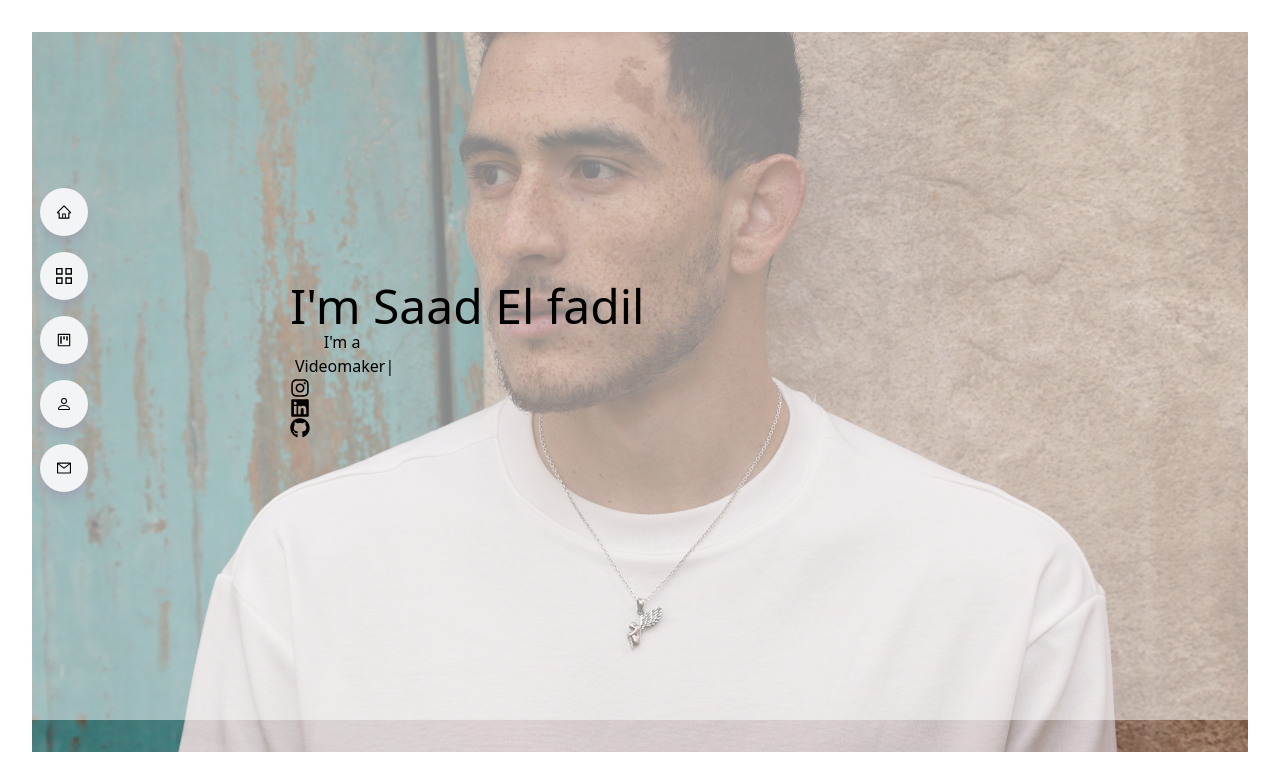
Repository: Saadelfadil/saadelfadil.github.io
Page: /
These files come from the project's save history. The page is drawn as it stood at one moment and after a run of saves; the edit follows.
The browser window is 1280 px wide. The pictures show the whole page.
The project was rebuilt for these pictures with package versions that can differ from the ones it lists, and the page was loaded fresh each time. Also part of the build but not shown: vite.config.js.

Above is the page before, as saved 2023-02-26 16:59:40.

### src/App.jsx
import './App.css'
import Sidenave from './components/Sidenave'
import Main from './components/Main'

function App() {

  return (
    <div>
      <Sidenave />
      <Main />
    </div>
  )
}

export default App

### src/components/Sidenave.jsx
import React, { useState } from "react";
import { AiOutlineHome, AiOutlineMail, AiOutlineMenu, AiOutlineProject } from "react-icons/ai"
import { GrProjects } from "react-icons/gr"
import { BsPerson } from "react-icons/bs"

const Sidenave = () => {
    const [nav, setNav] = useState(false)

    const handleNav = () => {
        setNav((prev) => prev = !nav);
    };

  return (
    <div>
        <AiOutlineMenu onClick={handleNav} className="absolute top-4 right-4 z-[100] md:hidden"/>
        {
            nav ? (
                <div className="fixed w-full h-screen bg-white/90 flex flex-col justify-center items-center z-20">
                    <a href="#main" className="w-[75%] flex justify-center rounded-full shadow-lg bg-gray-100 shadow-gray-400 m-2 p-4 cursor-pointer hover:scale-110 ease-in duration-200">
                        <AiOutlineHome size={20}/>
                        <span className="pl-4">Home</span>
                    </a>
                    <a href="#work" className="w-[75%] flex justify-center rounded-full shadow-lg bg-gray-100 shadow-gray-400 m-2 p-4 cursor-pointer hover:scale-110 ease-in duration-200">
                        <GrProjects size={20}/>
                        <span className="pl-4">Work</span>
                    </a>
                    <a href="#projects" className="w-[75%] flex justify-center rounded-full shadow-lg bg-gray-100 shadow-gray-400 m-2 p-4 cursor-pointer hover:scale-110 ease-in duration-200">
                        <AiOutlineProject size={20}/>
                        <span className="pl-4">Projects</span>
                    </a>
                    <a href="#main" className="w-[75%] flex justify-center rounded-full shadow-lg bg-gray-100 shadow-gray-400 m-2 p-4 cursor-pointer hover:scale-110 ease-in duration-200">
                        <BsPerson size={20}/>
                        <span className="pl-4">Resume</span>
                    </a>
                    <a href="#contact" className="w-[75%] flex justify-center rounded-full shadow-lg bg-gray-100 shadow-gray-400 m-2 p-4 cursor-pointer hover:scale-110 ease-in duration-200">
                        <AiOutlineMail size={20}/>
                        <span className="pl-4">Contact</span>
                    </a>
                </div>
            ) : ""
        }

        <div className="md:block hidden fixed top-[25%] z-10">
            <div className="flex flex-col">
                <a href="#main" className="rounded-full shadow-lg bg-gray-100 shadow-gray-400 m-2 p-4 cursor-pointer hover:scale-110 ease-in duration-300 ">
                    <AiOutlineHome />
                </a>
                <a href="#work" className="rounded-full shadow-lg bg-gray-100 shadow-gray-400 m-2 p-4 cursor-pointer hover:scale-110 ease-in duration-300 ">
                    <GrProjects />
                </a>
                <a href="#projects" className="rounded-full shadow-lg bg-gray-100 shadow-gray-400 m-2 p-4 cursor-pointer hover:scale-110 ease-in duration-300 ">
                    <AiOutlineProject />
                </a>
                <a href="#main" className="rounded-full shadow-lg bg-gray-100 shadow-gray-400 m-2 p-4 cursor-pointer hover:scale-110 ease-in duration-300 ">
                    <BsPerson />
                </a>
                <a href="#contact" className="rounded-full shadow-lg bg-gray-100 shadow-gray-400 m-2 p-4 cursor-pointer hover:scale-110 ease-in duration-300 ">
                    <AiOutlineMail />
                </a>
            </div>
        </div>
    </div>
  )
};

export default Sidenave;

### src/components/Main.jsx
import React from "react";
import { TypeAnimation } from "react-type-animation"
import { FaGithub, FaInstagram, FaLinkedin } from "react-icons/fa"

const Main = () => {
  return (
    <div id="main">
        <img className="w-full h-screen object-cover object-right " src="/src/assets/saadelfadil.jpg" alt="saadelfadil" />
        <div className="w-full h-screen absolute top-0 left-0 bg-white/50 ">
            <div className="max-w-[700px] m-auto h-full w-full flex flex-col justify-center lg:items-start items-center ">
                <h1 className="sm:text-5xl text-4xl">I'm Saad El fadil</h1>
                <h2>I'm a
                    <TypeAnimation
                        sequence={[
                            'Software Engineer', // Types 'One'
                            1000, // Waits 1s
                            'Videomaker', // Deletes 'One' and types 'Two'
                            2000, // Waits 2s
                        ]}
                        wrapper="div"
                        cursor={true}
                        repeat={Infinity}
                        style={{ fontSize: '1em', paddingLeft: "5px" }}
                    />
                </h2>
                <div>
                        <FaInstagram size={20} className="cursor-pointer"/>
                        <FaLinkedin size={20} className="cursor-pointer"/>
                        <FaGithub size={20} className="cursor-pointer"/>
                </div>
            </div>
        </div>
    </div>
  )
};

export default Main;

Loaded but not shown: index.html (common file); src/main.jsx (common file); src/index.css (common file); src/App.css (common file); tailwind.config.cjs (common file)

After the next 2 saves:
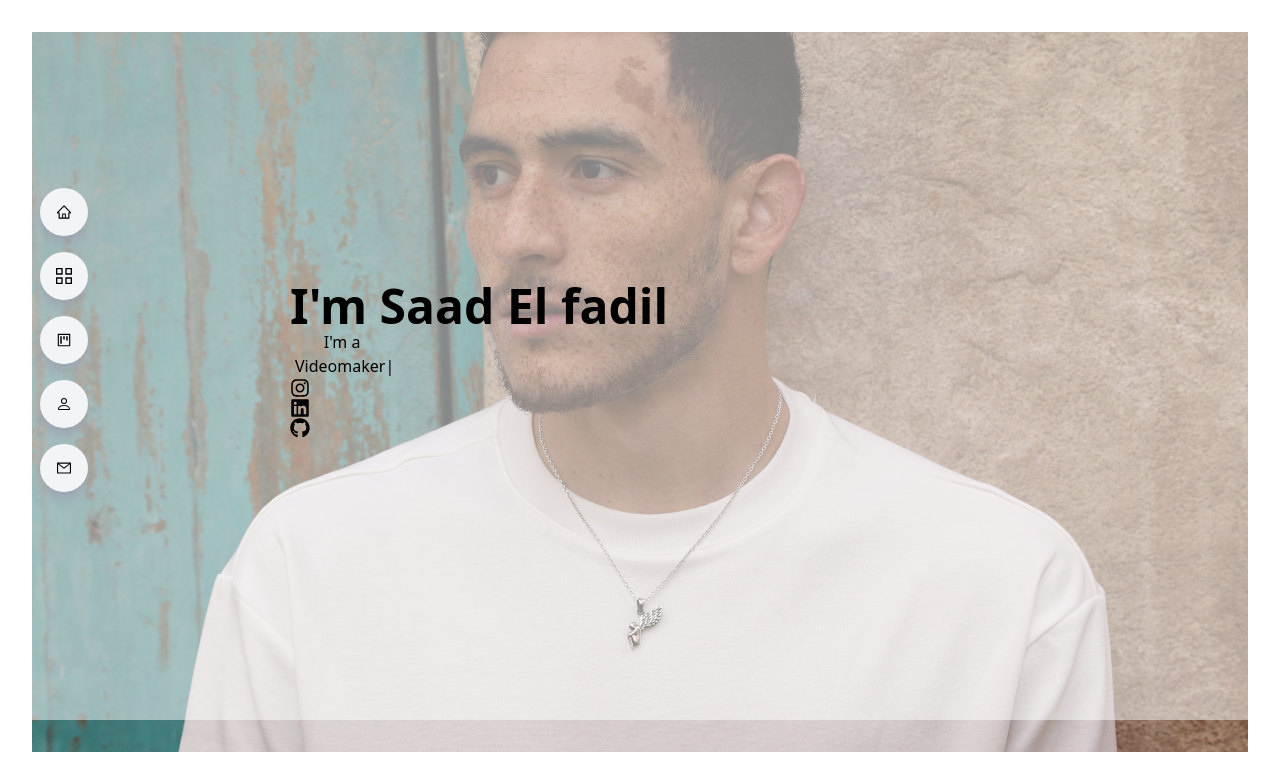
The 2 saves are shown as one change because they came seconds apart.
The last was saved 9 s later.
--- a/src/components/Main.jsx
+++ b/src/components/Main.jsx
@@ -8,7 +8,7 @@ const Main = () => {
         <img className="w-full h-screen object-cover object-right " src="/src/assets/saadelfadil.jpg" alt="saadelfadil" />
         <div className="w-full h-screen absolute top-0 left-0 bg-white/50 ">
             <div className="max-w-[700px] m-auto h-full w-full flex flex-col justify-center lg:items-start items-center ">
-                <h1 className="sm:text-5xl text-4xl">I'm Saad El fadil</h1>
+                <h1 className="sm:text-5xl text-4xl font-bold ">I'm Saad El fadil</h1>
                 <h2>I'm a
                     <TypeAnimation
                         sequence={[
